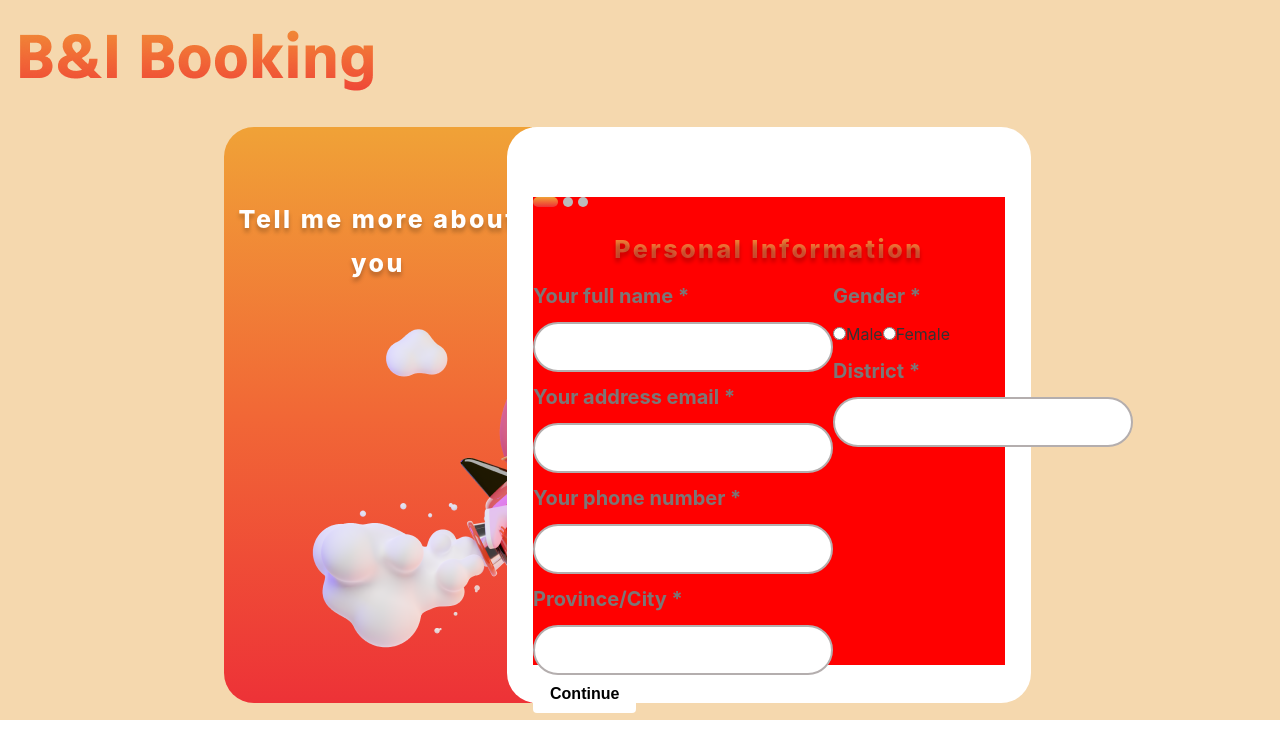
Repository: Grand-Line-PNV/FE-BIBooking
Page: /
These files come from the project's save history. The page is drawn as it stood at one moment and after a run of saves; the edit follows.
The browser window is 1280 px wide. The pictures show the whole page.
The project was rebuilt for these pictures with package versions that can differ from the ones it lists, and the page was loaded fresh each time. Also part of the build but not shown: src/App.css.

Above is the page before, as saved 2023-02-06 10:05:21.

After the next 2 saves:
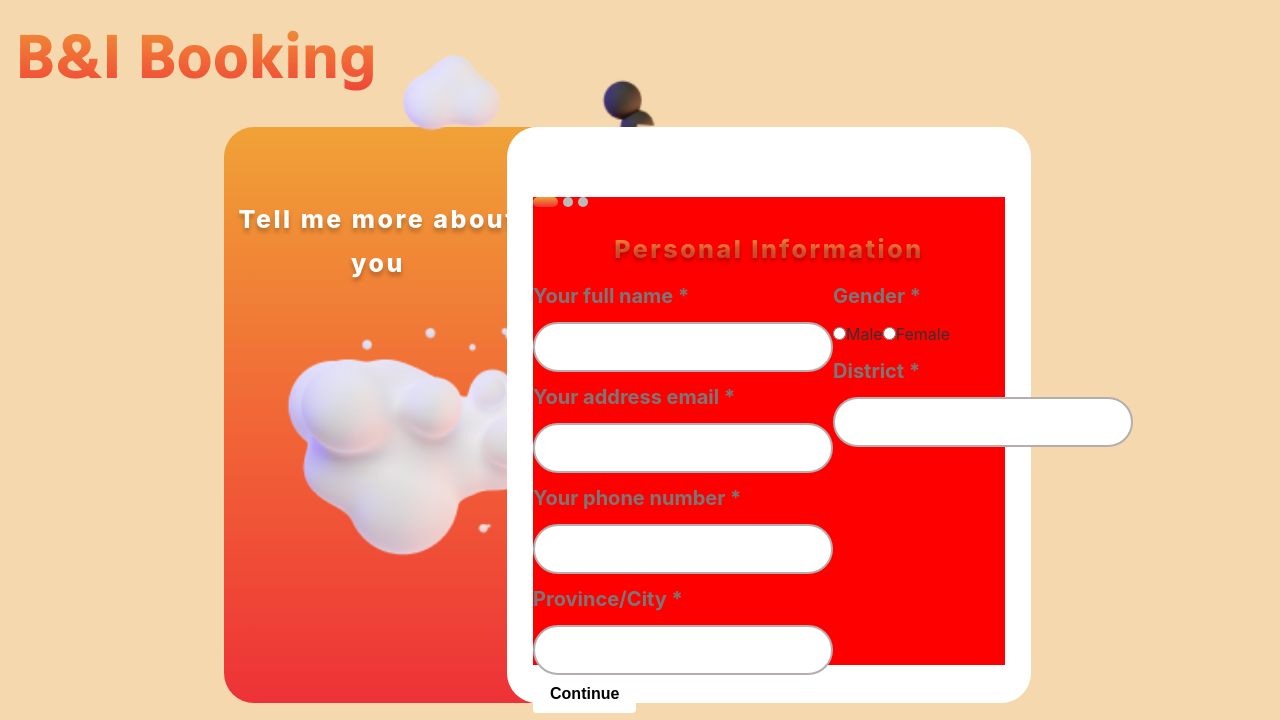
The 2 saves are shown as one change because they came seconds apart.
The last was saved 7 s later.
--- a/src/view/pages/Influencers/PersonalInformation/PersonalInformation.module.scss
+++ b/src/view/pages/Influencers/PersonalInformation/PersonalInformation.module.scss
@@ -42,15 +42,14 @@
           color: #ffffff;
           text-shadow: 0px 4px 4px rgba(0, 0, 0, 0.25);
         }
-        // & .saly1_img {
-        //   width: 67rem;
-        //   object-fit: cover;
-        //   position: absolute;
-        //   z-index: 1;
-        //   bottom: 0;
-        //   left: 0;
-        //   transform: translateX(-75px);
-        // }
+        & .saly1_img {
+          width: 67rem;
+          object-fit: cover;
+          position: absolute;
+          bottom: 0;
+          left: 0;
+          transform: translateX(-75px);
+        }
       }
       & .block_right {
         width: 63%;
